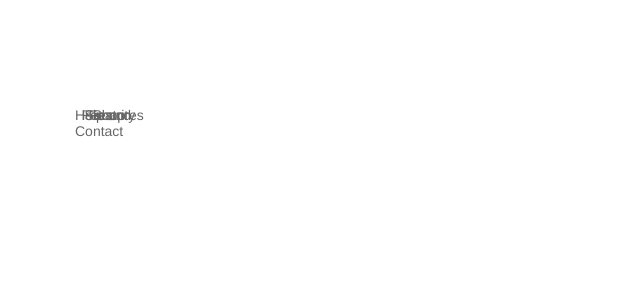
Repository: Jayeola3/Paypal
Page: ppal.html
The author's editor kept a copy of each file at every save. The page is drawn from the files as they stood at one save, then again after the next save.
The browser window is 375 px wide. The page is 375 px wide, then 638 px, so the pictures cover 638 px, including what lies to the right of the window. The pictures show the whole page.
Some web libraries are served in a nearby version.

Above is the page before, as saved 2022-06-29 13:04:19.

### ppal.html
<!DOCTYPE html>
<html lang="en">
<head>
    <meta charset="UTF-8">
    <meta http-equiv="X-UA-Compatible" content="IE=edge">
    <meta name="viewport" content="width=device-width, initial-scale=1.0">
    <title>Document</title>
    <link rel="stylesheet" href="pay.css">
    <link rel="stylesheet" href="paymobile.css">
    <script src="https://kit.fontawesome.com/ae49a07b65.js" crossorigin="anonymous"></script>
    <script>
        function myFunction() {
            //document.getElementById("drops").style.display="block";
            let dosh = document.getElementById("drops");
            let med = document.getElementById("said");
            if (med.onmouseover == true){
                dosh.style.display="block";
            }else {
                dosh.style.display="none";
        }
     }
        </script>
</head>
<body><!----
    <div class="body">
        <div class="head">
            <img src="images/paypal.PNG" alt="" class="pal">
            <h3 class="sonal" id="said" onmouseover="myFunction()">Personal <i class="fa-light fas fa-angle-down"></i></h3>
            <button class="log">Log in</button>
            <button class="sign">Sign up</button>
        </div>
    </div>
    <div class="head2">
        <button class="menus"><i class="fa-light fas fa-bars"></i> Menu</button>
        <img src="images/mobile.JPG" alt="" class="mobpal">
        <button class="logers">Log In</button>
    </div>
    <div class="drop" id="drops">
        <a href="http://" class="link1">How PayPal Works <br><p class="lim">What can you do with a personal account</p></a>
        <a href="http://" class="link2">Pay Online <br><p class="lim2">Online payment without borders</p></a>
        <a href="http://" class="link3">Send Payments <br><p class="lim3">Send payment abroad</p></a>
        <a href="http://" class="link4">Search for Deals <br><p class="lim4">Pay with paypal and save money</p></a>
    </div>
    <div class="div1">
        <div class="in">The simpler, safer <br> way to pay online.</div>
        <button class="free">Sign up for free</button><p class="business">
        Own a business?<a href="http://"> Open a business account</a></p>
    </div>
    <div class="div2">
        <div class="ins">
            Paypal is for everyone who pays online.
        </div>
        <img src="images/1-individuals.jpg" alt="" class="indiv">
        <h3 class="individ">Individuals</h3>
        <p class="reason">Find out why we have more than 200M active accounts worldwide.</p>
        <button class="learn">Learn More</button>
    </div>
    <div class="div3">
        <div class="connect">
            Paypal connects buyers and sellers.
        </div>
        <p class="buys">For buyers <br>____________</p>
        <div class="subs1">
            <img src="images/buyonline_browser1.png" class="image1">
            <div class="num1">
                <p class="one"> 1</p>
             </div>
             <div class="signs">
                 <p  class="steps"><a href="http://" class="links">Sign up</a> with just an email address and <br>password.</p>
             </div>
        </div>
        <div class="subs2">
            <img src="images/buyonline_browser2.png" class="image2">
            <div class="num2">
                <p class="two"> 2</p>
             </div>
             <div class="sig">
                 <p>Securely add a card.</p>
             </div>
        </div>
        <div class="subs3">
            <img src="images/buyonline_browser3.png" class="image3">
            <div class="num3">
                <p class="three"> 3</p>
            </div>
            <div class="sigs">
                <p>Use the paypal button to check out with<br> just an email address and password.</p>
            </div>
        </div>
         <button class="learns"> Learn More</button>
    </div>

    <div class="div4">
        <h2 class="active">Join 200m active PayPal accounts worldwide.</h2>
        <div class="safer">
            <h3 class="safe">Safer and protected</h3>
            <p>Shop with peace of mind. We don't share your full financial information with <br>sellers. And PayPal Buyer Protection covers your eligible purchases if they don't <br>show up or match their description.</p>
            <a href="http://" class="more" id="mores">More about security</a>
        </div>
        <div class="safers">
            <h3 class="safes">Safer and protected</h3>
            <p>Shop with peace of mind. We don't share your<br> full financial information with sellers. And <br>PayPal Buyer Protection covers your eligible <br>purchases if they don't show up or match their <br>description.</p>
            <a href="http://" class="more" id="mores">More about security</a>
        </div>
        <div class="frees">
            <h3 class="front">Mostly free, always upfront</h3>
            <p>its's free to open a PayPal account and buy something using PayPal unless it <br>involves a currency conversion</p>
            <a href="http://" class="more">More about fees</a>
        </div>
        <div class="freess">
            <h3 class="fronts">Mostly free, always <br>upfront</h3>
            <p>its's free to open a PayPal account and buy<br> something using PayPal unless it involves a <br>currency conversion</p>
            <a href="http://" class="more">More about fees</a>
        </div>

        <div class="simple">
            <h3 class="con">Simple and convenient</h3>
            <p >Pay online with yourPayPal password and skip entering your financial <br>information. Or pay even faster with One Touch,stay logged in and check out <br>without entering your password. Plus, rest assured knowing Buyer Protection is <br>available for your eligible purchases.</p>
            <a href="http://" class="more">More about One Touch</a>
        </div>
        <div class="simples">
            <h3 class="cons">Simple and convenient</h3>
            <p >Pay online with yourPayPal password and skip <br> entering your financial information. Or pay even <br>faster with One Touch,stay logged in and <br>check out without entering your password. Plus,<br>rest assured knowing Buyer Protection is <br>available for your eligible purchases.</p>
            <a href="http://" class="more">More about One Touch</a>
        </div>

    </div>
    <div class="div5">
        <h2 class="start">Sign up and get started.</h2>
        <button class="started"> Get Started</button>
    </div>
    <img src="images/flag Niger.png" alt="" class="flags">    -->

    <div class="help">
        <div class="moves">
            <a href="http://" class="lin">Help and Contact</a>
            <a href="http://" class="win"> Fees</a>
            <a href="http://" class="gin">Security</a>
            <a href="http://" class="sin">Features</a>
            <a href="http://" class="qin">Shop</a>
        </div><!----
        <div class="move">
            <a href="http://" class="lin">Help and Contact</a>
            <a href="http://" class="win"> Fees</a>
            <a href="http://" class="gin">Security</a>
            <a href="http://" class="sin">Features</a>
            <a href="http://" class="qin">Shop</a>
        </div><!----
        <div class="bout">
            <a href="http://" class="bin">About</a>
            <a href="http://" class="won">Newsrooms</a>
            <a href="http://" class="gon">Jobs</a>
            <a href="http://" class="son">Sitemaps</a>
            <a href="http://" class="qon">Developers</a>
            <a href="http://" class="rights">1999-2022 All rights reserved.</a>
            <a href="http://" class="access">Accessibility</a>
            <a href="http://" class="privacy">Privacy</a>
            <a href="http://" class="legal">Legal</a>
        </div>
        <p class="limited">PayPal Pte. Ltd. (“3PL”) has applied for a license under the Singapore Payment Services Act (“PS Act”) with the Monetary Authority of Singapore. During this statutory transitional period, 3PL is operating under an <br>exemption from holding a license and is allowed to continue to provide specific payment services.</p>
    </div>
</body>
</html>

### pay.css
*{
    font-family: "Helvetica Neue",Helvetica,Arial,sans-serif;
}
body{
    padding: 0;
    margin: 0;
}
.head{
    width: 100%;
    height: 10%;
    position: absolute;
    top: 0%;
}
.head2{
    display: none;
}
.pal{
    position: absolute;
    left: 7%;
    top:10%;
}
.drop{
    width: 100%;
    height: 25%;
    position: absolute;
    top: 10%;
    display: none;
    background-color:blue;
    font-size: 14px;
    font-weight: 10;
    z-index: 1;
}
.link1{
    position: absolute;
    top: 10%;
    left: 15%;
    width: 20%;
}
.link1:hover{
    color: white;
    text-decoration: underline;
}
.link2{
    position:absolute;
    top: 60%;
    left: 15%;
    width: 18%;
}
.link2:hover{
    color: white;
    text-decoration: underline;
}
.link3{
    position: absolute;
    right: 23.5%;
    top: 10%;
    width: 18%;
}
.link3:hover{
    color: white;
    text-decoration: underline;
}
.link4{
    position: absolute;
    right: 23.5%;
    top: 60%;
    width: 18%;
}
.link4:hover{
    color: white;
    text-decoration: underline;
}
.lim{
    position: absolute;
    top: 65%;
    font-size: smaller;
}
.lim:hover{
    color: white;
    text-decoration: underline;
}
.lim2{
    position: absolute;
    top: 65%;
    font-size: smaller;
}
.lim2:hover{
    color: white;
    text-decoration: underline;
}
.lim3{
    position: absolute;
    top: 65%;
    font-size: smaller;
}
.lim3:hover{
    color: white;
    text-decoration: underline;
}
.lim4{
    position: absolute;
    top: 65%;
    font-size: smaller;
}
.lim4:hover{
    color: white;
    text-decoration: underline;
}
.sonal{
    position: absolute;
    left: 46%;
    top:10%;
}
.log{
    position: absolute;
    right: 16%;
    top: 30%;
    font-size: 13px;
    font-weight: 800;
    color: blue;
    background-color: white;
    border: 1px solid blue;
    width: 6%;
    height: 50%;
    border-radius: 15px;
}
.sign{
    position: absolute;
    right: 9%;
    top: 30%;
    background-color: blue;
    color: white;
    font-size: 13px;
    font-weight: 800;
    box-shadow: none;
    width: 6%;
    height: 50%;
    border-radius: 18px;
    border: none;
}
.div1{
    background-color: blueviolet;
    width: 100%;
    height: 60%;
    position: absolute;
    bottom: 30%;
    text-align: center;
    font-weight: 100;
    color: white;
    font-size: 45px;
}
.in{
    position: absolute;
    top: 28%;
    left: 36%;
}
.free{
    position: absolute;
    top: 58%;
    left: 37%;
    width: 25%;
    height: 10%;
    border:none;
    border-radius: 18px;
    color: white;
    background-color: blue;
    font-size: 16px;
    font-weight: 600;
}
.business{
    position: absolute;
    top: 67%;
    left: 37%;
    font-size: 15px;
}
a{
    font-weight: 800;
    text-decoration: none;
    color: white;
}
a:hover{
    text-decoration: underline;
    color: blue;
}
.div2{
    width: 100%;
    height: 50%;
    position: absolute;
    top: 80%;
    text-align: center;
    font-weight: 100;
    font-size: 45px;
}
.indiv{
    position: absolute;
    top: 28%;
    left: 48%;
}
.individ{
    position: absolute;
    top: 48%;
    left: 46%;
    font-size: 25px;
}
.reason{
    position: absolute;
    top:63%;
    left: 32%;
    font-size: 18px;
}
.learn{
    position: absolute;
    top: 79%;
    left: 44%;
    font-size: 15px;
    font-weight: 600;
    width: 13%;
    color: blue;
    background-color: white;
    border-radius: 29px;
    border:1.5px solid blue;
    height: 15%;
}
.div3{
    width: 100%;
    height: 80%;
    position: absolute;
    top: 140%;
    text-align: center;
    background-color: #f7f9fa;
    font-weight: 100;
    font-size: 45px;
}
.connect{
    position: absolute;
    top: 7%;
    left: 30%;
    font-size: 35px;
    font-weight: light;
}
.buys{
    position: absolute;
    top: 18%;
    left: 47%;
    font-size: 14px;
    font-weight: 10;
}
.image1{
    position: absolute;
    top: 32%;
    left: 13%;
}
.image2{
    position: absolute;
    top: 32%;
    left: 43%;
}
.image3{
    position: absolute;
    top: 32%;
    left: 73%;
}
.num1{
    position: absolute;
    top: 64%;
    left: 7%;
    width: 3%;
    height: 7.5%;
    font-size: 20px;
    border:1px solid gray;
    border-radius: 100%;
}
.one{
    position: absolute;
    top:-27%;
    left: 37%;
}
.signs{
    position: absolute;
    top:62%;
    left: 11%;
    font-size: 14px;
    text-align: justify;
}
.links{
    color:blue;
    text-decoration: none;
}
.links:hover{
    color:blue;
    text-decoration: underline;
}
.num2{
    position: absolute;
    top: 64%;
    left: 39%;
    width: 3%;
    height: 7.5%;
    font-size: 20px;
    border:1px solid gray;
    border-radius: 100%;
}
.two{
    position: absolute;
    top:-27%;
    left: 37%;
}
.sig{
    position: absolute;
    top:62%;
    left: 43%;
    font-size: 14px;
}
.num3{
    position: absolute;
    top: 64%;
    left: 69%;
    width: 3%;
    height: 7.5%;
    font-size: 20px;
    border:1px solid gray;
    border-radius: 100%;
}
.three{
    position: absolute;
    top:-27%;
    left: 37%;
}
.sigs{
    position: absolute;
    top:62%;
    left: 73%;
    text-align: justify;
    font-size: 14px;
}
.learns{
    position: absolute;
    top: 80%;
    left: 42%;
    font-size: 15px;
    font-weight: 600;
    width: 14%;
    background-color: #ffffff;
    color: blue;
    border-radius: 29px;
    border:1.5px solid blue;
    height: 10%;
}

.div4{
    width: 100%;
    height: 80%;
    position: absolute;
    top: 220%;
    background-color: blue;

}
.active{
    font-size: 40px;
    position: absolute;
    left: 19%;
    top: 3%;
    color: white;
}
.simple{
    position: absolute;
    left: 50%;
    top: 38%;
    color: white;
    font-size: 14.994px;
    font-weight: 500;
    font-family: "Helvetica Neue",Helvetica,Arial,sans-serif;;
}
.con{
    position: absolute;
    top: -47%;
    font-size: 28px;
    font-weight: 200;
}
.pro{
    width: 50%;
    position: absolute;
    top: 90%;
}
.frees{
    position: absolute;
    left: 8%;
    top: 75%;
    color: white;
    font-size: 14.994px;
    font-weight: 500;
    font-family: "Helvetica Neue",Helvetica,Arial,sans-serif;
}
.front{
    position: absolute;
    top: -65%;
    font-size: 28px;
    font-weight: 200;
}
.safer{
    position: absolute;
    left: 5%;
    top: 38%;
    font-size: 14.994 px;
    font-weight: 500;
    font-family: "Helvetica Neue",Helvetica,Arial,sans-serif;
    color: white;
}
.safe{
    position: absolute;
    top: -57%;
    font-size: 28px;
    font-weight: 200;
}
#mores{
    position: absolute;
    top: 120%;
}
.more{
    font-size: 15px;
    font-weight: 800;
}
.more:hover{
    text-decoration: underline;
    color: white;
}
.freess{
    display: none;
}
.simples{
    display: none;
}
.safers{
    display: none;
}
.div5{
    width: 100%;
    height: 45%;
    position: absolute;
    top: 300%;
    text-align: center;
    background-color:#f7f9fa;
}
.start{
    position:absolute;
    top: 20%;
    left: 40%;
    color: #2c2e2f;
    font-size: 26px;
    font-weight: 100;
}
.started{
    position: absolute;
    top: 45%;
    left: 38%;
    width: 24%;
    height: 15%;
    border: none;
    border-radius: 124px;
    font-weight: 800;
    background-color: #0070ba;
    color: white;
}
.help{
    width: 100%;
    height: 34%;
    position: absolute;
    top: 340%;
}.moves{
    display: none;
}
.move{
    display: block;
    position: absolute;
    left: 7%;
    top: 25%;
    width: 85%;
    height: 25%;
    font-size: 15px;
    font-weight: 100;
    text-align:center;
    border:1px dotted #666666;
    border-top: none;
    border-left: none;
    border-right: none;
}
.lin{
    position: absolute;
    left: 0%;
    top: 50%;
    color: #666666;
    font-size: 14px;
    font-weight: 200;
}
.lin:hover{
    color: #666666;
}
.win{
    position: absolute;
    left: 12%;
    top: 50%;
    color: #666666;
    font-size: 14px;
    font-weight: 200;
}
.win:hover{
    color: #666666;
}
.gin{
    position: absolute;
    left: 17%;
    top: 50%;
    color: #666666;
    font-size: 14px;
    font-weight: 200;
}
.gin:hover{
    color: #666666;
}
.sin{
    position: absolute;
    left: 24%;
    top: 50%;
    color: #666666;
    font-size: 14px;
    font-weight: 200;
}
.sin:hover{
    color: #666666;
}
.qin{
    position: absolute;
    left: 31%;
    top: 50%;
    color: #666666;
    font-size: 14px;
    font-weight: 200;
}
.qin:hover{
    color: #666666;
}
.bout{
    position: absolute;
    left: 7%;
    top: 54%;
    width: 85%;
    font-size: 10.9px;
    color: #666666;

}
.bin{
    color: #666666;
    font-weight: lighter;
}
.bin:hover{
    color: #666666;
}
.won{
    position: absolute;
    left: 4%;
    color: #666666;
    font-weight: lighter;
}
.won:hover{
    color: #666666;
}
.gon{
    position: absolute;
    left: 11%;
    color: #666666;
    font-weight: lighter;
}
.gon:hover{
    color: #666666;
}
.son{
    position: absolute;
    left: 15%;
    color: #666666;
    font-weight: lighter;
}
.son:hover{
    color: #666666;
}
.qon{
    position: absolute;
    left: 21%;
    color: #666666;
    font-weight: lighter;
}
.qon:hover{
    color: #666666;
}
.rights{
    position: absolute;
    left: 65%;
    font-weight: lighter;
    color: #666666;
}
.rights:hover{
    color: #666666;
    text-decoration: none;
}
.access{
    position: absolute;
    left: 82%;
    color: #666666;
    font-weight: lighter;
}
.access:hover{
    color: #666666;
}
.privacy{
    position: absolute;
    left: 91%;
    color: #666666;
    font-weight: lighter;
}
.privacy:hover{
    color: #666666;
}
.legal{
    position: absolute;
    left: 97%;
    color: #666666;
    font-weight: lighter;
}
.legal:hover{
    color: #666666;
}
.limited{
    position: absolute;
    top: 65%;
    left: 7%;
    font-size: 12px;
}

### paymobile.css
@media screen and (max-width:480px) {
    *{
        font-family: "Helvetica Neue",Helvetica,Arial,sans-serif;
    }
    body{
        padding: 0;
        margin: 0;
    }
    .head{
        display: none;
    }
    .head2{
        display: block;
        width: 100%;
    }
    .menus{
        width: 23%;
        height: 6%;
        position: absolute;
        top: 2%;
        left: 5%;
        font-size: 14px;
        font-weight: 700;
        border-radius: 22px;
        border: 1.5px solid blue;
        color:blue;
        background-color: #ffffff;
    }
    .logers{
        width: 23%;
        height: 6%;
        position: absolute;
        top: 2%;
        right: 6%;
        font-size: 14px;
        font-weight: 700;
        border-radius: 22px;
        border: 1.5px solid blue;
        color:blue;
        background-color: #ffffff;
    }
    .mobpal{
        position: absolute;
        top: 1.7%;
        left: 45%;
    }
    .drops{
        display: none;
    }
    .div1{
    background-color: blueviolet;
    width: 100%;
    height: 48%;
    position: absolute;
    bottom: 41%;
    text-align: center;
    font-weight: 100;
    color: white;
    font-size: 45px;
    }
    .in{
    font-size: 40px;
    font-weight: 100;
    width: 90%;
    position: absolute;
    top: 16%;
    left: 5%;
    }
    .free{
        position: absolute;
        top: 54%;
        left: 5%;
        width: 89%;
        height: 13%;
        border:none;
        border-radius: 25px;
        color: white;
        background-color: blue;
        font-size: 16px;
        font-weight: 600;
    }
    .business{
        width: 85%;
        position: absolute;
        top: 72%;
        left: 7%;
        font-size: 15px;
    }
    a{
        font-weight: 600;
        font-size: 15px;
        text-decoration: none;
        color: white;
    }
    a:hover{
        text-decoration: underline;
        color: blue;
    }
    .div2{
        width: 100%;
        height: 60%;
        position: absolute;
        top: 64%;
        text-align: center;
        font-weight: 100;
        font-size: 45px;
    }
    .ins{
        width: 85%;
        font-size: 32px;
        position:absolute;
        top:2%;
        left: 8%;
        letter-spacing: 0.5px;
    }
    .indiv{
        position: absolute;
        left: 40%;
        padding-top: 2px;
    }
    .individ{
        position: absolute;
        top: 44%;
        letter-spacing: 1px;
        left: 33%;
        font-size: 28px;
        font-weight: lighter;
    }
    .reason{
        width: 95%;
        position: absolute;
        top: 59%;
        left: 2%;
        font-size: 17.5px;
    }
    .learn{
        position: absolute;
        top: 78%;
        left: 26%;
        font-size: 18px;
        font-weight: 600;
        width: 48%;
        color: blue;
        background-color: white;
        border-radius: 39px;
        border:1.3px solid blue;
        height: 13%;
    }
    .div3{
        width: 100%;
        height: 200%;
        position: absolute;
        top: 130%;
        text-align: center;
        background-color: #f7f9fa;
        font-weight: 100;
        font-size: 45px;
    }
    .connect{
        width: 70%;
        position: absolute;
        top: 5%;
        left: 18.5%;
        font-size: 36px;
        font-weight: light;
    }
    .buys{
        position: absolute;
        top: 12%;
        left: 43%;
        font-size: 16px;
        font-weight: 700;
    }
    .subs1{
        height: 25%;
        width: 99%;
        border-bottom: 1px solid gray;
        position: absolute;
        top: 17%;
    }
    .image1{
        width: 60%;
        position: absolute;
        left: 20%;
        top: 6%;
    }
    .num1{
        position: absolute;
        top: 76%;
        left: 7%;
        width: 10%;
        height: 13%;
        font-size: 20px;
        border:1px solid gray;
        border-radius: 100%;
        text-align: center;
    }
    .one{
        position: absolute;
        top: -17%;
    }
    .links{
        color:blue;
        font-size: 18px;
        text-decoration: none;
    }
    .links:hover{
        color:blue;
        text-decoration: underline;
    }
    .signs{
        position: absolute;
        top: 73%;
        left: 21%;
        font-size: 18px;
        word-spacing: 2px;
    }
    .subs2{
        height: 25%;
        width: 99%;
        border-bottom: 1px solid gray;
        position: absolute;
        top: 42%;
    }
    .image2{
        width: 60%;
        position: absolute;
        left: 20%;
        top: 7%;
    }
    .num2{
        position: absolute;
        top: 76%;
        left: 7%;
        width: 10%;
        height: 13%;
        font-size: 20px;
        border:1px solid gray;
        border-radius: 100%;
        text-align: center;
    }
    .two{
        position: absolute;
        top: -16%;
    }
    .sig{
        position: absolute;
        top: 74%;
        left: 21%;
        font-size: 19px;
        word-spacing: 2px;
    }
    .subs3{
        height: 25%;
        width: 99%;
        border:none;
        position: absolute;
        top: 67.1%;
    }
    .image3{
        width: 60%;
        position: absolute;
        left: 20%;
        top: 7%;
    }
    .num3{
        position: absolute;
        top: 76%;
        left: 7%;
        width: 10%;
        height: 13%;
        font-size: 20px;
        border:1px solid gray;
        border-radius: 100%;
        text-align: center;
    }
    .three{
        position: absolute;
        top: -16%;
    }
    .sigs{
        position: absolute;
        top: 72%;
        left: 21%;
        font-size: 19px;
        word-spacing: 2px;
    }
    .learns{
        position: absolute;
        top: 92%;
        left: 20%;
        font-size: 16px;
        font-weight: 700;
        width: 59%;
        background-color: #ffffff;
        color: blue;
        border-radius: 29px;
        border:1.5px solid blue;
        height: 4%;
    }
    .div4{
        width: 100%;
        height: 145%;
        position: absolute;
        top: 328%;
        background-color: blue;

    }
    .active{
        width: 80%;
        font-size: 35px;
        position: absolute;
        left: 9.5%;
        font-weight: 400;
        top: 2%;
        text-align: center;
        color: white;
    }
    .simples{
        position: absolute;
        left: 3%;
        top: 50%;
        font-size: 14.994 px;
        display: block;
        line-height: 30px;
        font-weight: 500;
        font-size: 17.2px;
        width: 100%;
        font-family: "Helvetica Neue",Helvetica,Arial,sans-serif;
        color: white;
    }
    .cons{
        position: absolute;
        top: -30%;
        font-size: 32px;
        font-weight: 200;
    }
    .pro{
        width: 50%;
        position: absolute;
        top: 90%;
    }
    .freess{
        position: absolute;
        left: 3%;
        top: 82%;
        font-size: 14.994 px;
        display: block;
        line-height: 28px;
        font-weight: 500;
        font-size: 17.2px;
        width: 100%;
        font-family: "Helvetica Neue",Helvetica,Arial,sans-serif;
        color: white;
    }
    .fronts{
        position: absolute;
        top: -65%;
        font-size: 32px;
        line-height: 30px;
        font-weight: 200;
    }
    .safer{
        display: none;
    }
    .simple{
        display: none;
    }
    .frees{
        display: none;
    }
    .safers{
        position: absolute;
        left: 3%;
        top: 24%;
        font-size: 14.994 px;
        display: block;
        line-height: 28px;
        font-weight: 500;
        font-size: 16px;
        width: 90%;
        font-family: "Helvetica Neue",Helvetica,Arial,sans-serif;
        color: white;
    }
    .safes{
        position: absolute;
        top: -45%;
        font-size: 32px;
        font-weight: 200;
    }
    #mores{
        position: absolute;
        top: 110%;
    }
    .more{
        font-size: 16px;
        font-weight: 800;
    }
    .more:hover{
        text-decoration: underline;
        color: white;
    }
    .div5{
        width: 100%;
        height: 25%;
        position: absolute;
        top: 472%;
        text-align: center;
        background-color:#f7f9fa;
    }
    .start{
        position:absolute;
        top: 15%;
        left: 15%;
        color: black;
        font-size: 32px;
        font-weight: 500;
    }
    .started{
        position: absolute;
        top: 59%;
        left: 10%;
        width: 80%;
        height: 25%;
        border: none;
        font-size: 15.9px;
        border-radius: 124px;
        font-weight: 600;
        background-color: #0070ba;
        color: white;
    }
    .flags{
        width: 7%;
        height: 3%;
        position:absolute;
        top: 500%;
        left: 46.5%;
    }
    .move{
        display: none;
    }
    .help{
        position: absolute;
        top: 10%;
    }
    .moves{
        display:block;
        width: 15%;
        background-color: #0070ba;
        position:absolute;
        top: 10%;
        left: 20%;
    }
}

After the next save:
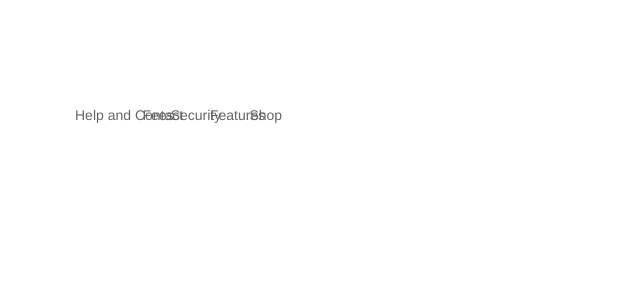
Saved 6 s later.
--- a/paymobile.css
+++ b/paymobile.css
@@ -445,7 +445,7 @@
     }
     .moves{
         display:block;
-        width: 15%;
+        width: 150%;
         background-color: #0070ba;
         position:absolute;
         top: 10%;
